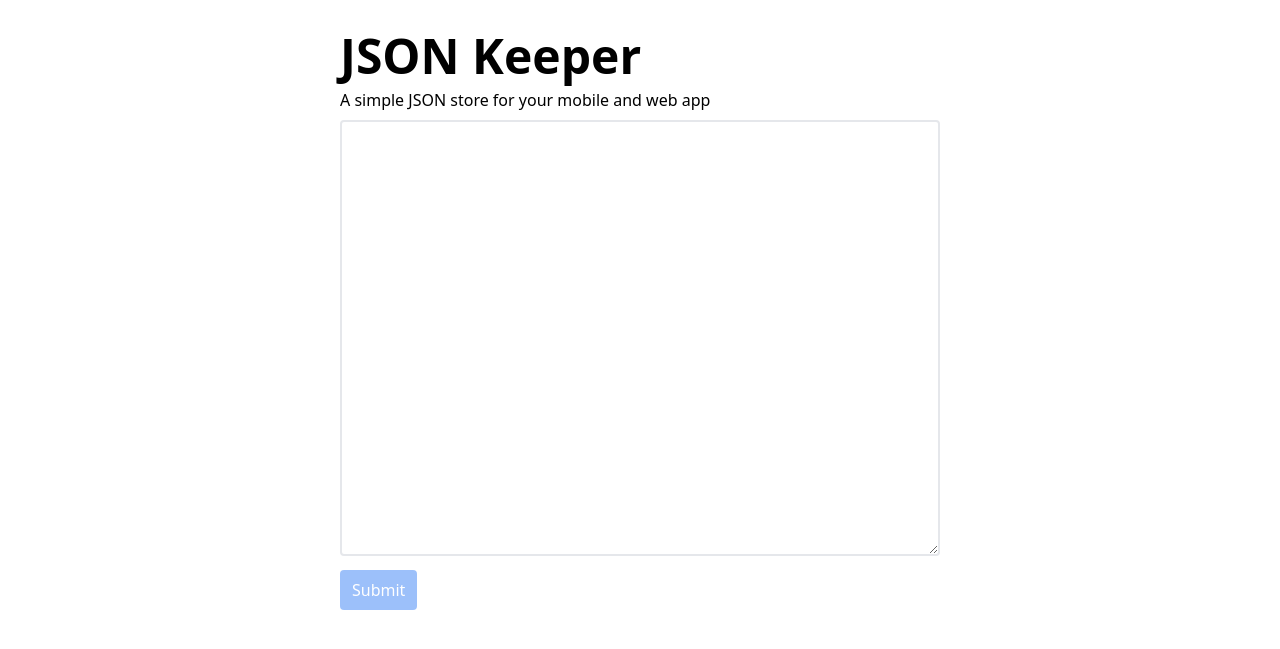
Repository: lakshithapramodya/jsonhub
Page: / (app in client/)
An editor plug-in stored every save of this project. The page is shown before and after the next save, followed by the edit.
The browser window is 1280 px wide. The pictures show the whole page.
The page's requests for data from a server got no answer. The project was rebuilt for these pictures with package versions that can differ from the ones it lists, and the page was loaded fresh each time. No one was signed in, and anything a server would have sent is missing. Also part of the build but not shown: client/src/HandleJsonData.js.

Above is the page before, as saved 2023-05-10 12:17:52.

### client/src/index.js
import React from "react";
import ReactDOM from "react-dom/client";
import "./index.css";
import App from "./App";
import { BrowserRouter, Route, Routes } from "react-router-dom";
import HandleJsonData from "./HandleJsonData";

const root = ReactDOM.createRoot(document.getElementById("root"));
root.render(
  <React.StrictMode>
    <BrowserRouter>
      <Routes>
        <Route path="/" element={<App />} />
        <Route path=":url" element={<HandleJsonData />} />
      </Routes>
    </BrowserRouter>
  </React.StrictMode>
);

### client/src/App.js
import { useState } from "react";
import { SERVER_ENDPOINT } from "./config/Default";
import axios from "axios";

function App() {
  const [input, setInput] = useState([]);
  const [url, setUrl] = useState("");

  const sendRequest = async () => {
    const res = await axios
      .post(`${SERVER_ENDPOINT}/api/json`, {
        text: input,
      })
      .then()
      .catch((err) => console.log(err));
    const data = res.data;
    return data;
  };

  const handleSubmit = (e) => {
    e.preventDefault();
    sendRequest().then((res) => {
      console.log(res.url);
      res && setInput([]);
      setUrl(res.url);
    });
  };

  function isJsonString(str) {
    try {
      JSON.parse(str);
    } catch (e) {
      return false;
    }
    return true;
  }

  return (
    <div className="min-w-full min-h-screen flex flex-col">
      {url && (
        <a href={`${SERVER_ENDPOINT}/${url}`}>{`${SERVER_ENDPOINT}/${url}`}</a>
      )}
      <div className="flex flex-col mx-auto mt-8 w-full md:w-1/2 items-center justify-center">
        <form onSubmit={handleSubmit} className="w-full space-y-2 px-5">
          <h1 className="text-5xl font-semibold">JSON Keeper</h1>
          <p>A simple JSON store for your mobile and web app</p>
          <textarea
            onChange={(e) => setInput(e.target.value)}
            value={input}
            rows={18}
            className="border-2 w-full rounded"
          />
          <button
            className="bg-blue-500 p-2 px-3 rounded text-white disabled:opacity-50"
            disabled={!isJsonString(input)}
            type="submit"
          >
            Submit
          </button>
        </form>
      </div>
    </div>
  );
}

export default App;

### client/src/config/Default.js
export const SERVER_ENDPOINT =
  process.env.REACT_APP_SERVER_ENDPOINT || "http://localhost:5000";

Loaded but not shown: client/public/index.html (common file); client/src/index.css (common file); client/tailwind.config.js (common file)

After the next save:
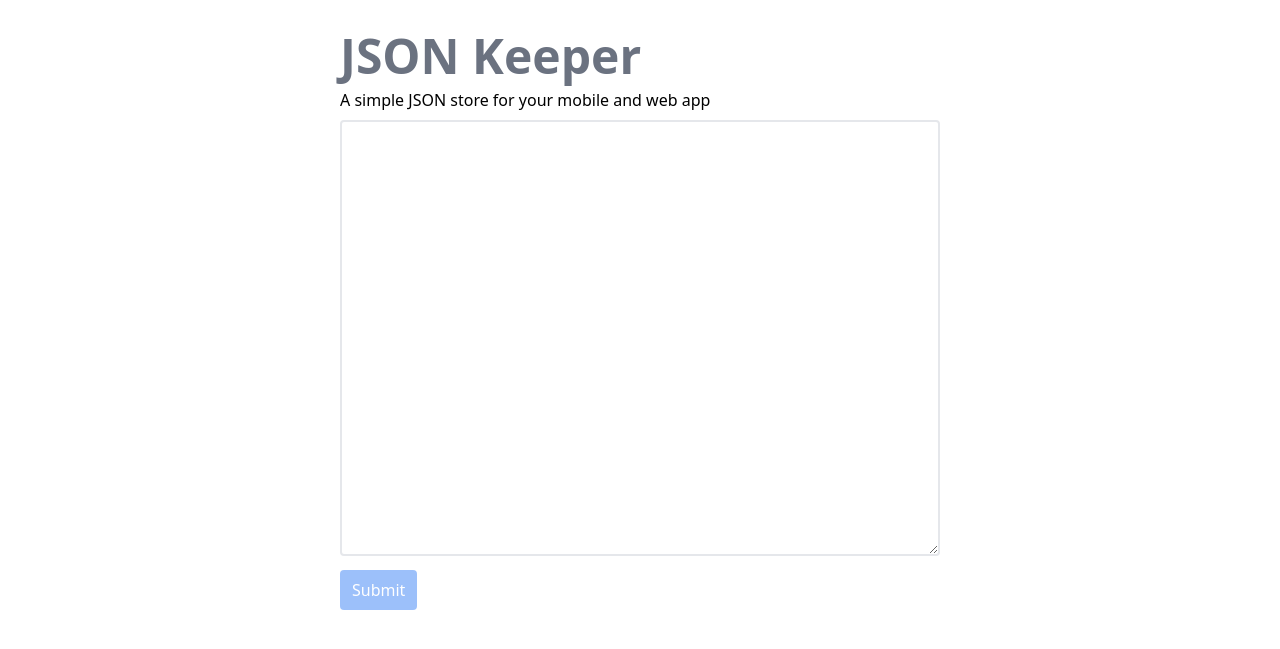
Saved 22 s later.
--- a/client/src/App.js
+++ b/client/src/App.js
@@ -42,7 +42,7 @@ function App() {
       )}
       <div className="flex flex-col mx-auto mt-8 w-full md:w-1/2 items-center justify-center">
         <form onSubmit={handleSubmit} className="w-full space-y-2 px-5">
-          <h1 className="text-5xl font-semibold">JSON Keeper</h1>
+          <h1 className="text-5xl font-semibold text-gray-500">JSON Keeper</h1>
           <p>A simple JSON store for your mobile and web app</p>
           <textarea
             onChange={(e) => setInput(e.target.value)}
